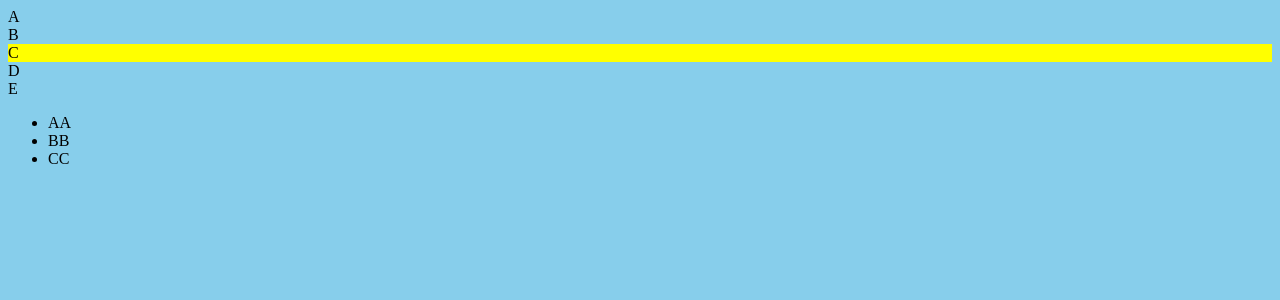
Repository: poomshen/team_03_project2
Page: JavaScript/WebContent/Ex26_Dom_Script.html
The author's editor kept a copy of each file at every save. The page is drawn from the files as they stood at one save, then again after the next save.
The browser window is 1280 px wide. The pictures show the whole page.

Above is the page before, as saved 2016-09-01 01:30:56.
Console error: ReferenceError: grandNoden is not defined

After the next save:
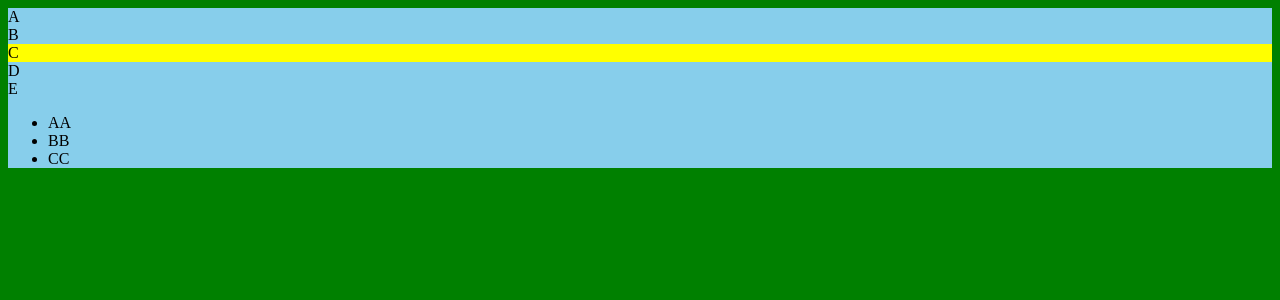
The error is gone.
Saved 13 s later.
--- a/JavaScript/WebContent/Ex26_Dom_Script.html
+++ b/JavaScript/WebContent/Ex26_Dom_Script.html
@@ -15,7 +15,7 @@
 
 			var  grandNode;
 			grandNode = parentNode.parentNode;
-			grandNoden.style.backgroundColor ="green";
+			grandNode.style.backgroundColor ="green";
 
 			var myF = document.getElementById("mychild");
 			console.log(myF);
